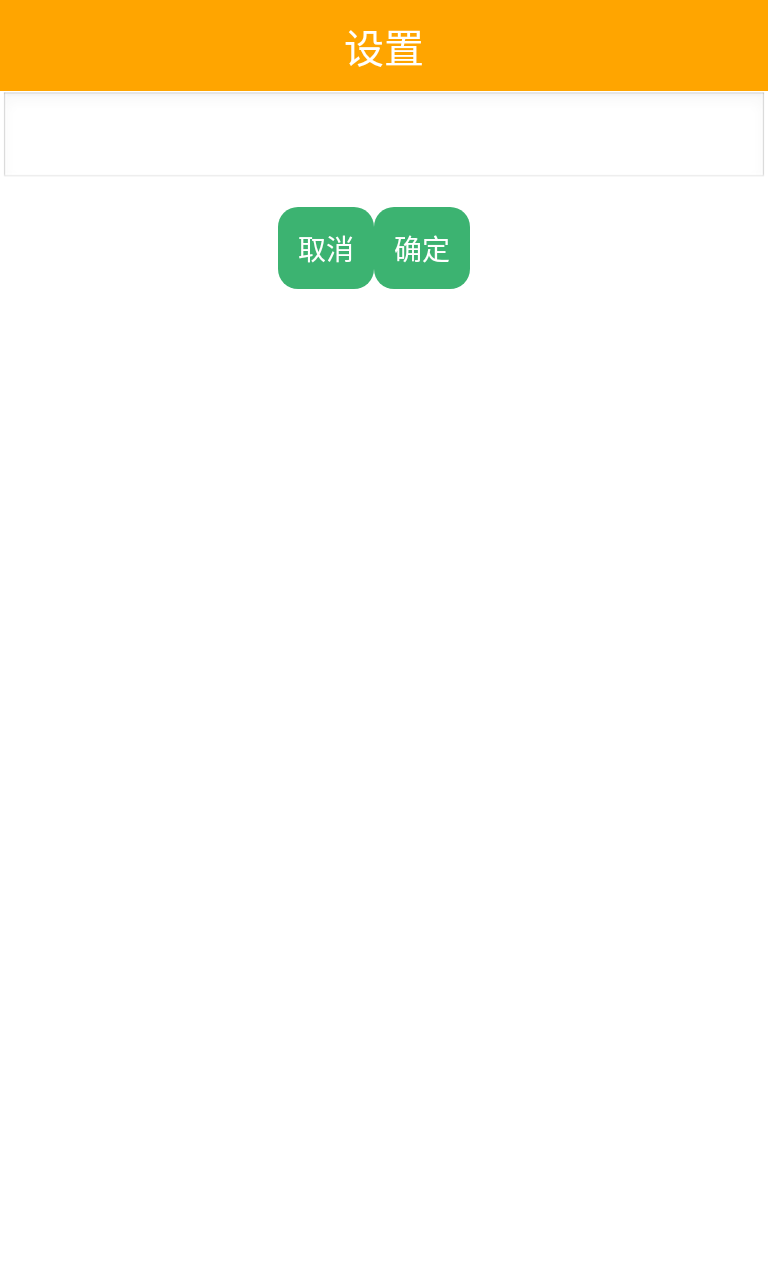
Repository: blanks1314/sysnc_android
Layout: UpayDemo/res/layout/activity_modifyinfo.xml
These files come from the project's save history. The layout is drawn as it stood at one moment and after the next save; the edit follows.
It is drawn on a 768 x 1280 px phone screen (xhdpi) without system bars, with theme AppTheme; the app's code is not run.

Above is the layout before, as saved 2015-04-30 02:21:06.

### UpayDemo/res/layout/activity_modifyinfo.xml
<?xml version="1.0" encoding="utf-8"?>
<LinearLayout xmlns:android="http://schemas.android.com/apk/res/android"
    android:layout_width="match_parent"
    android:layout_height="match_parent"
    android:orientation="vertical" >

    <include
        android:layout_width="match_parent"
        android:layout_height="wrap_content"
        layout="@layout/top_bar" />

    <EditText
        android:id="@+id/et_content"
        android:layout_width="match_parent"
        android:layout_height="wrap_content"
        android:layout_margin="dp"
        android:ellipsize="end"
        android:inputType="text"
        android:padding="dp"
        android:singleLine="true" />

    <LinearLayout
        android:layout_width="match_parent"
        android:layout_height="wrap_content"
        android:orientation="horizontal"
        android:gravity="center_horizontal"
        android:padding="10dp" >
        <Button
        android:id="@+id/btn_cancel"
        style="@style/btn_style_2"
        android:text="取消"
        android:layout_gravity="center_horizontal"/>
        <Button
        android:id="@+id/btn_ok"
        style="@style/btn_style_2"
        android:layout_marginRight="10dp"
        android:text="确定"
        android:layout_gravity="center_horizontal"/>
    </LinearLayout>

</LinearLayout>

### UpayDemo/res/values/styles.xml
<resources xmlns:android="http://schemas.android.com/apk/res/android">

    <!--
        Base application theme, dependent on API level. This theme is replaced
        by AppBaseTheme from res/values-vXX/styles.xml on newer devices.




    -->
    <style name="AppBaseTheme" parent="Theme.AppCompat.Light">
        <!--
            Theme customizations available in newer API levels can go in
            res/values-vXX/styles.xml, while customizations related to
            backward-compatibility can go here.




        -->
    </style>

    <!-- Application theme. -->
   <!--  <style name="AppTheme" parent="AppBaseTheme">
        All customizations that are NOT specific to a particular API-level can go here.
    </style> -->

    <style name="AppTheme" parent="Theme.AppCompat.Light">
        <item name="tabView">@style/TabView</item>
        <item name="tabPageIndicator">@style/TabIndicator</item>
    </style>

    <style name="TabIndicator" />

    <style name="TabView">
        <item name="android:addStatesFromChildren">true</item>
        <item name="android:orientation">vertical</item>
        <item name="android:gravity">bottom|center_horizontal</item>
        <item name="android:layout_width">0dp</item>
        <item name="android:background">@android:color/white</item>
        <item name="android:layout_height">match_parent</item>
    </style>

    <style name="text_style_1">
        <item name="android:textSize">16sp</item>
        <item name="android:layout_width">0dp</item>
        <item name="android:layout_weight">1</item>
        <item name="android:layout_height">fill_parent</item>
        <item name="android:gravity">center_vertical</item>
        <item name="android:ellipsize">marquee</item>
        <item name="android:singleLine">true</item>
    </style>
    <style name="edit_style_1">
        <item name="android:textSize">16sp</item>
        <item name="android:layout_width">0dp</item>
        <item name="android:layout_weight">1</item>
        <item name="android:layout_height">fill_parent</item>
        <item name="android:gravity">center_vertical</item>
    </style>

    <style name="spn_style_1">
        <item name="android:textSize">10sp</item>
        <item name="android:layout_width">wrap_content</item>
        <item name="android:layout_height">fill_parent</item>
    </style>

    <style name="linear_style_1">
        <item name="android:layout_width">match_parent</item>
        <item name="android:gravity">center_vertical</item>
        <item name="android:layout_height">40dp</item>
        <item name="android:orientation">horizontal</item>
        <item name="android:layout_marginLeft">5dp</item>
        <item name="android:layout_marginRight">5dp</item>
        <item name="android:layout_marginTop">10dp</item>
    </style>

    <style name="img_btn_1">
        <item name="android:layout_width">wrap_content</item>
        <item name="android:layout_height">wrap_content</item>
        <item name="android:padding">10dp</item>

    </style>


    <style name="btn_style_1">
        <item name="android:layout_width">200dp</item>
        <item name="android:layout_height">wrap_content</item>
        <item name="android:background">@drawable/btn_selecter</item>
        <item name="android:textColor">@color/white</item>
        <item name="android:layout_marginTop">10dp</item>
    </style>

    <style name="btn_style_2">
        <item name="android:layout_width">wrap_content</item>
        <item name="android:layout_height">wrap_content</item>
        <item name="android:background">@drawable/btn_selecter</item>
        <item name="android:textColor">@color/white</item>
        <item name="android:layout_marginTop">10dp</item>
    </style>

</resources>

### UpayDemo/res/values/attrs.xml
<?xml version="1.0" encoding="utf-8"?>
<resources>
    <declare-styleable name="TabView">
        <attr name="tabPageIndicator" format="reference" />
        <attr name="tabView" format="reference" />
    </declare-styleable>

    <string-array name="currTypes">
        <item >RMB(156)</item>
    </string-array>
</resources>

### UpayDemo/res/layout/top_bar.xml
<?xml version="1.0" encoding="utf-8"?>
<LinearLayout xmlns:android="http://schemas.android.com/apk/res/android"
    android:layout_width="match_parent"
    android:layout_height="match_parent"
    android:orientation="vertical"
    android:background="@color/btn_selecter_2" >

    <TextView android:id="@+id/tv_title"
        android:layout_width="match_parent"
        android:layout_height="wrap_content"
        android:gravity="center_horizontal"
        android:text="@string/setting"
        android:textSize="20sp"
        android:padding="8dp"
        android:textColor="@color/white"
        />


</LinearLayout>

### UpayDemo/res/drawable/btn_selecter.xml
<?xml version="1.0" encoding="utf-8"?>
<selector xmlns:android="http://schemas.android.com/apk/res/android">

    <item android:state_pressed="true"><shape android:shape="rectangle">

            <!-- 填充的颜色 -->
            <solid android:color="@color/btn_selecter_2" />
            <!-- 设置按钮的四个角为弧形 -->
            <!-- android:radius 弧形的半径 -->
            <corners android:radius="10dip" />

            <!-- padding：Button里面的文字与Button边界的间隔 -->
            <padding android:bottom="10dp" android:left="10dp" android:right="10dp" android:top="10dp" />
        </shape></item>
         <item android:state_selected="false"><shape android:shape="rectangle">

            <!-- 填充的颜色 -->
            <solid android:color="@color/btn_selecter_1" />
            <!-- 设置按钮的四个角为弧形 -->
            <!-- android:radius 弧形的半径 -->
            <corners android:radius="10dip" />

            <!-- padding：Button里面的文字与Button边界的间隔 -->
            <padding android:bottom="10dp" android:left="10dp" android:right="10dp" android:top="10dp" />
        </shape></item>

</selector>

### UpayDemo/res/values/color.xml
<?xml version="1.0" encoding="utf-8"?>
<resources>

    <color name="white">#FFFFFF</color>
    <color name="tab_text_normal">#696969</color>
    <color name="tab_text_selected">#73bf40</color>
    <color name="btn_selecter_1">#3CB371</color>
    <color name="btn_selecter_2">#FFA500</color>
    <color name="text_result">#F5FFFA</color>
    <color name="gray">#dcdcdc</color>

</resources>

### UpayDemo/res/values/strings.xml
<?xml version="1.0" encoding="utf-8"?>
<resources>

    <string name="app_name">UpayDemo</string>
    <string name="hello_world">Hello world!</string>
    <string name="storeid_">StoreId：</string>
    <string name="_03322111001200200000024">03322111001200200000024</string>
    <string name="appid_">AppId：</string>
    <string name="_1001200200000024">1001200200000024</string>
    <string name="appkey_">AppKey：</string>
    <string name="dc1277093df84ff23b885cc776deca13">dc1277093df84ff23b885cc776deca13</string>
    <string name="_orderid">订单号</string>
    <string name="input_orderid">请输入订单号(非必输)</string>
    <string name="amount">交易金额</string>
    <string name="input_amount">请输入交易金额(单位:分)</string>
    <string name="subject">商品名称</string>
    <string name="input_subject">喔噻体验商品</string>
    <string name="currtype">货币类型</string>
    <string name="operator">操作员</string>
    <string name="input_operator">请输入操作员</string>
    <string name="remark">交易描述</string>
    <string name="input_remark">请输入交易描述</string>
    <string name="setting">设置</string>

</resources>

Loaded but not shown: UpayDemo/res/values-v11/styles.xml (common file); UpayDemo/res/values-v14/styles.xml (common file); UpayDemo/res/values/values.xml (657 lines, source omitted)

After the next save:
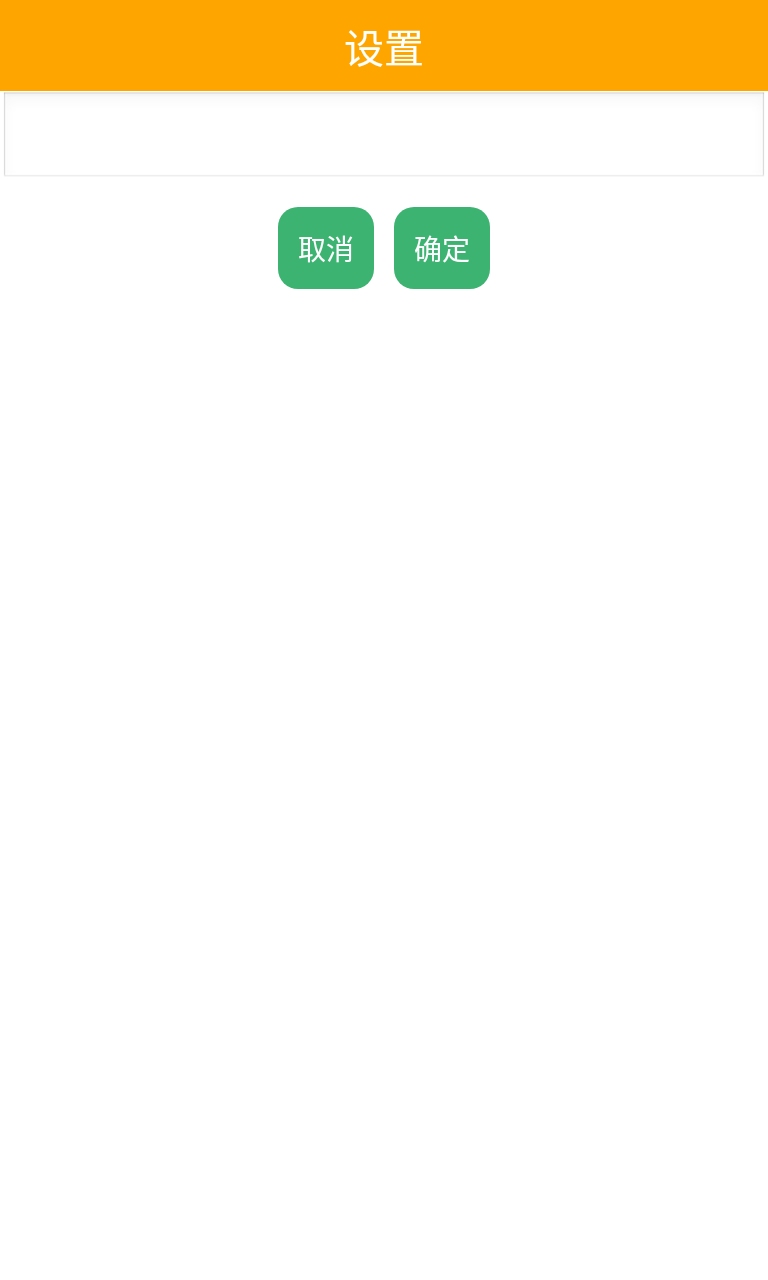
Saved 20 s later.
--- a/UpayDemo/res/layout/activity_modifyinfo.xml
+++ b/UpayDemo/res/layout/activity_modifyinfo.xml
@@ -33,7 +33,7 @@
         <Button
         android:id="@+id/btn_ok"
         style="@style/btn_style_2"
-        android:layout_marginRight="10dp"
+        android:layout_marginLeft="10dp"
         android:text="确定"
         android:layout_gravity="center_horizontal"/>
     </LinearLayout>
